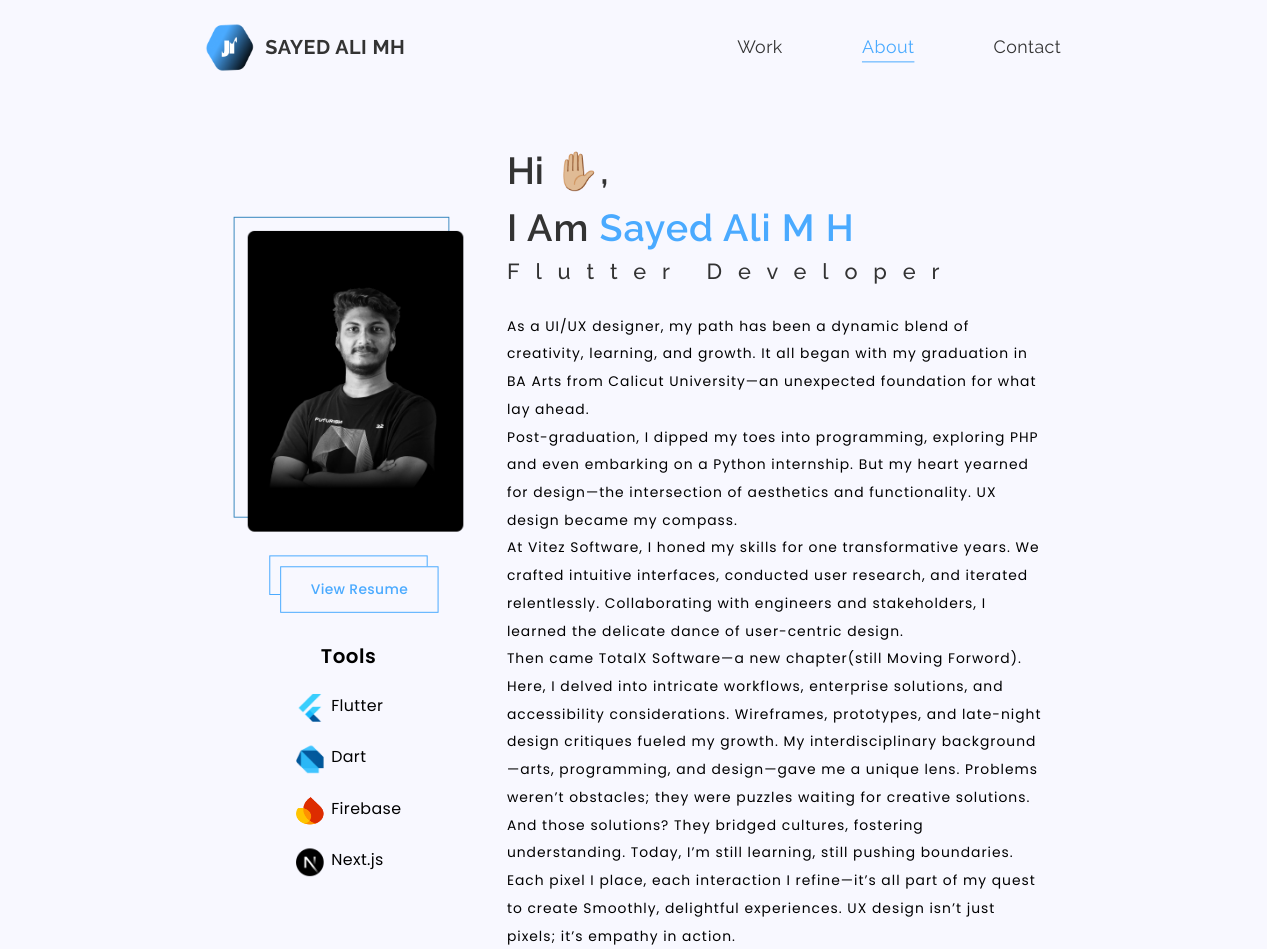
Repository: sayedali-2129/sayedali-portfolio
Page: /about
An editor plug-in stored every save of this project. The page is shown before and after the next save, followed by the edit.
The browser window is 1280 px wide. The pictures show the whole page, at 99% of full size.
The project was rebuilt for these pictures with package versions that can differ from the ones it lists, and the page was loaded fresh each time. The framework's server and built-in components were replaced by stand-ins that run in the browser. Also part of the build but not shown: next.config.ts.

Above is the page before, as saved 2025-05-25 17:08:21.

After the next save:
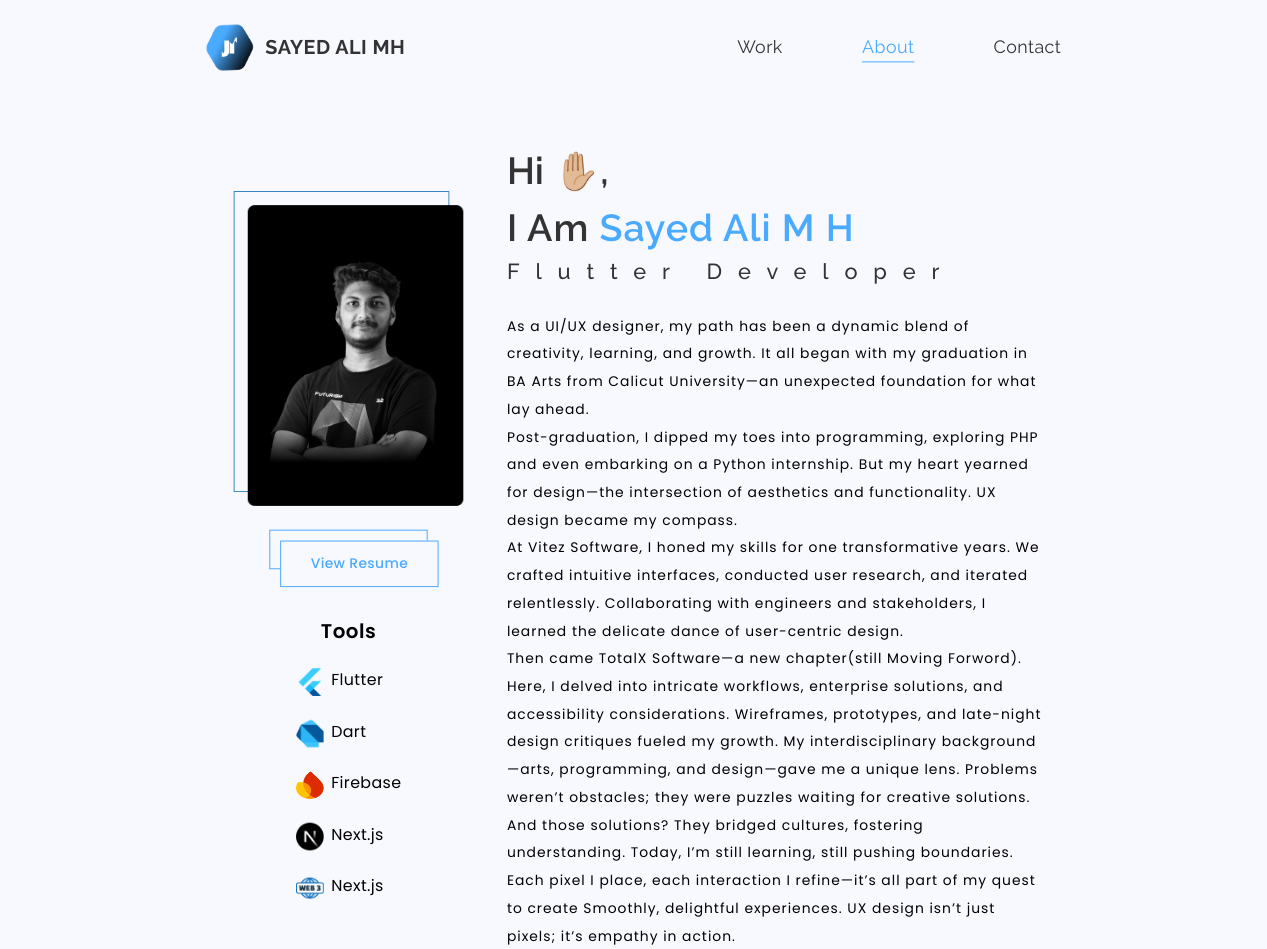
Saved 38 s later.
--- a/src/features/about/components/AboutBody.tsx
+++ b/src/features/about/components/AboutBody.tsx
@@ -2,6 +2,7 @@
 import FirebaseIcon from "@/assets/icons/firebase-icon.png";
 import FlutterIcon from "@/assets/icons/flutter-icon.png";
 import NextIcon from "@/assets/icons/nextjs-icon.png";
+import Web3Icon from "@/assets/icons/web-3-icon.png";
 import SayedAli from "@/assets/images/sayed ali.png";
 import Image from "next/image";
 
@@ -71,12 +72,25 @@
               </h4>
             </li>
           </ul>
-
           <ul className="mt-6 flex gap-2">
             <li>
               <Image
                 src={NextIcon}
                 alt="Next.js"
+                className="md:w-7 w-6 md:h-7 h-6"
+              />
+            </li>
+            <li>
+              <h4 className=" font-PoppinsRegular tracking-wide text-base">
+                Next.js
+              </h4>
+            </li>
+          </ul>
+          <ul className="mt-6 flex gap-2">
+            <li>
+              <Image
+                src={Web3Icon}
+                alt="Web3"
                 className="md:w-7 w-6 md:h-7 h-6"
               />
             </li>
